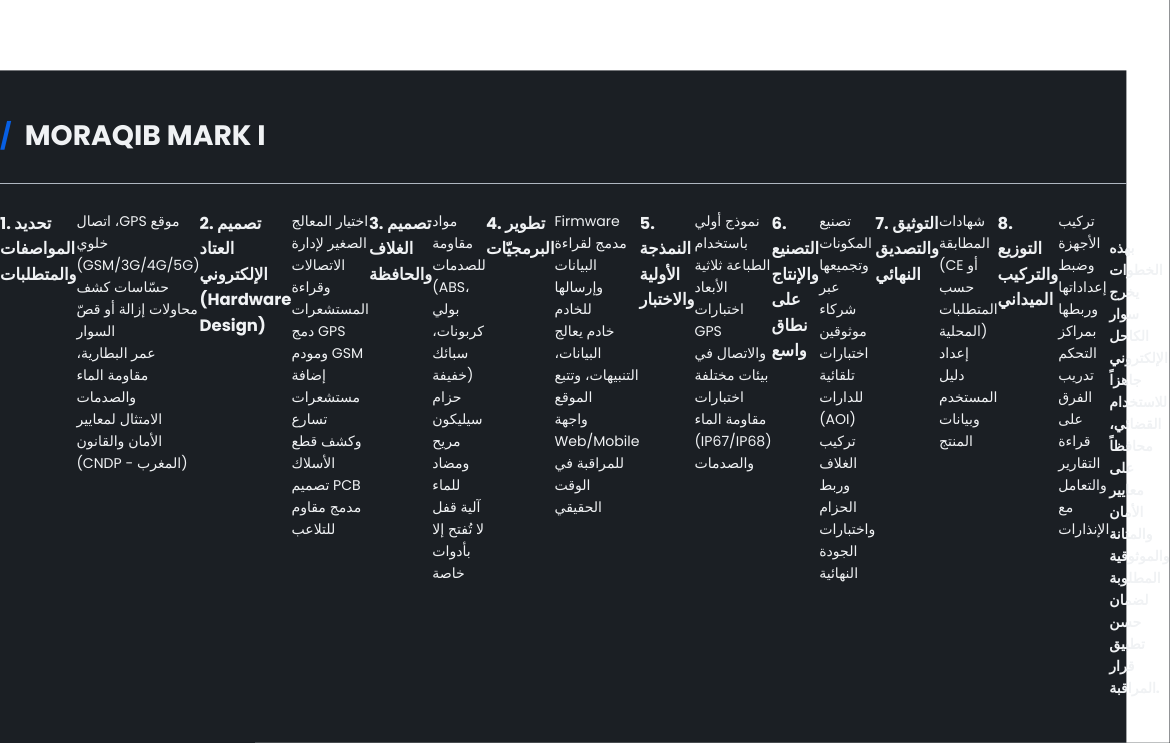
Repository: ayoubgharts/nextjs_protfolio
Page: /tutorials
An editor plug-in stored every save of this project. The page is shown before and after a run of saves, followed by the edit.
The browser window is 1280 px wide. The page is 1329 px wide, then 1280 px, so the pictures cover 1329 px, including what lies to the right of the window. The pictures show the whole page, at 88% of full size.
The project was rebuilt for these pictures with package versions that can differ from the ones it lists, and the page was loaded fresh each time. The framework's server and built-in components were replaced by stand-ins that run in the browser. Also part of the build but not shown: next.config.mjs.

Above is the page before, as saved 2025-06-01 00:27:09.

### src/app/tutorials/page.jsx
// pages/tutorials.js
import Link from "next/link";
import styles from "./tutorials.module.css";

import { Container } from "react-bootstrap";

import SectionTitle from "@/components/buttons/section-title/SectionTitle";

export default function Tutorials() {
  return (
    <main className={styles.tutorials}>
      <Container>
        <SectionTitle textContent={"MORAQIB mark I"} />
        <div className={styles.project}>
          <h3>1. تحديد المواصفات والمتطلبات</h3>
          <ul>
            <li className={styles.project_li}>موقع GPS، اتصال خلوي (GSM/3G/4G/5G)</li>
            <li>حسّاسات كشف محاولات إزالة أو قصّ السوار</li>
            <li>عمر البطارية، مقاومة الماء والصدمات</li>
            <li>الامتثال لمعايير الأمان والقانون (CNDP - المغرب)</li>
          </ul>

          <h3>2. تصميم العتاد الإلكتروني (Hardware Design)</h3>
          <ul>
            <li>اختيار المعالج الصغير لإدارة الاتصالات وقراءة المستشعرات</li>
            <li>دمج GPS ومودم GSM</li>
            <li>إضافة مستشعرات تسارع وكشف قطع الأسلاك</li>
            <li>تصميم PCB مدمج مقاوم للتلاعب</li>
          </ul>

          <h3>3. تصميم الغلاف والحافظة</h3>
          <ul>
            <li>مواد مقاومة للصدمات (ABS، بولي كربونات، سبائك خفيفة)</li>
            <li>حزام سيليكون مريح ومضاد للماء</li>
            <li>آلية قفل لا تُفتح إلا بأدوات خاصة</li>
          </ul>

          <h3>4. تطوير البرمجيّات</h3>
          <ul>
            <li>Firmware مدمج لقراءة البيانات وإرسالها للخادم</li>
            <li>خادم يعالج البيانات، التنبيهات، وتتبع الموقع</li>
            <li>واجهة Web/Mobile للمراقبة في الوقت الحقيقي</li>
          </ul>

          <h3>5. النمذجة الأولية والاختبار</h3>
          <ul>
            <li>نموذج أولي باستخدام الطباعة ثلاثية الأبعاد</li>
            <li>اختبارات GPS والاتصال في بيئات مختلفة</li>
            <li>اختبارات مقاومة الماء (IP67/IP68) والصدمات</li>
          </ul>

          <h3>6. التصنيع والإنتاج على نطاق واسع</h3>
          <ul>
            <li>تصنيع المكونات وتجميعها عبر شركاء موثوقين</li>
            <li>اختبارات تلقائية للدارات (AOI)</li>
            <li>تركيب الغلاف وربط الحزام واختبارات الجودة النهائية</li>
          </ul>

          <h3>7. التوثيق والتصديق النهائي</h3>
          <ul>
            <li>شهادات المطابقة (CE أو حسب المتطلبات المحلية)</li>
            <li>إعداد دليل المستخدم وبيانات المنتج</li>
          </ul>

          <h3>8. التوزيع والتركيب الميداني</h3>
          <ul>
            <li>تركيب الأجهزة وضبط إعداداتها وربطها بمراكز التحكم</li>
            <li>تدريب الفرق على قراءة التقارير والتعامل مع الإنذارات</li>
          </ul>

          <p style={{ marginTop: "30px" }}>
            <strong>
              بهذه الخطوات يخرج سوار الكاحل الإلكتروني جاهزاً للاستخدام القضائي، محافظاً على
              معايير الأمان والمتانة والموثوقية المطلوبة لضمان حسن تطبيق قرار المراقبة.
            </strong>
          </p>
        </div>
      </Container>
    </main>
  );
}

### src/app/globals.css

/*? import google font 'Poppins' */
@import url('https://fonts.googleapis.com/css2?family=Poppins:wght@100;200;300;400;500;600;700&family=Raleway:ital,wght@0,100..900;1,100..900&display=swap');

/*? all variables */
:root {
  /*. Web colors vars */
  --dark:      #1b1f24;
  --dark-fixed:      #1b1f24;
  --dark-300:  #23282f;
  --dark-400:  #2b323b;
  --dark-300-opacity:  #23282fab;
  --dark-400-opacity:  #2b323bb0;
  --dark-300-fixed:#282c31;
  --dark-500:  #333c47;
  --dark-600:  #4d5a6a;
  --dark-700:  #778392;
  --dark-800:  #9da6b3;

  --light:     #f0f2f4;
  --light-fixed:     #f0f2f4;
  --light-300: #454649;
  --light-400: #c3cad5;
  --light-500: #8895aa;

  --primary:   #075fe4;
  --primary-dark:   #12499c;
  --primary-light:   #6b93cf;
  --success:   #11845b;
  --danger:    #c6303e;
  --danger-dark:    #992934;
  --warning:   #fd7e14;

  --purple:    #4c0bce;
  --purple-dark:    #330f7c;
  --violet:    #712cf9;
  --pink:    #f92c8c;
  --yellow:    #ffc107;
  --green:     #198754;
  --teal:      #20c997;
  --cyan:      #0dcaf0;

  /*. Mobile Var Colors */
  --mobile-dark:      #1b1f24;
  --mobile-light:     #f0f2f4;
  --mobile-dark-300:  #23282f;
  --mobile-dark-500:  #333c47;
  --mobile-dark-700:  #778392;



  /*. transitions vars */
  --trans-03: all ease .3s;
  --trans-05: all ease .5s;

  /*. border radius vars */
  --br-8: 8px;
  --br-50: 50px;

  /*. padding global default */
  --container-120: 0 120px;
  --container-60: 0 60px;
  --container-20: 0 20px;

  /*. buttons vars */
  --btn-padding: 10px 25px;
  --btn-font-size: 1.2rem;
  --btn-font-media: 0.9rem;
  --light-btn:#f0f2f4;

}


/* Light mode overrides */
.light-mode {

  /*. web switch colors */
  --dark:       #e0e3e6;
  --dark-300:  #cdd6e2;
  --dark-400:  #c7cfd8;
  --dark-300-opacity:  #b6bfccab;
  --dark-400-opacity:  #b5bfccb0;
  --dark-500:   #c2c8d3;
  --dark-600:  #4d5a6a;
  --dark-700:  #eff3f7;
  --dark-800:  #757c85;

  --light:     #1b1f24;
  --light-300: #dde1e9;
  --light-400: #c3cad5;
  --light-500: #8895aa;

  /*. mobile switch colors */
  --mobile-dark:      #f0f2f4;
  --mobile-light:     #1b1f24;
  --mobile-dark-500:  #b5bcc4;
  --mobile-dark-700:  #778392;
  --mobile-dark-300:  #e4e7ec;
}


/*? Global Styles */
*{
  font-family: "Poppins", sans-serif;
  box-sizing: border-box;
  padding: 0;
  margin: 0;
}

body {
  font-family: "Poppins", sans-serif;
  box-sizing: border-box;
  padding: 0;
  margin: 0;
}

/*? Normalise */
a, Link{
  color: var(--cyan);
  text-decoration: none !important;
}
ul{
  list-style: none;
  margin: 0;
  padding: 0;
}
ul li{
  margin: 0;
  padding: 0;
}
h1, h2, h3, h4, h5{
  margin: 0;
  padding: 0;
}

i{
  margin: 0;
  padding: 0;
}

.container{
  transition: var(--trans-03);
}

### src/app/tutorials/tutorials.module.css

.tutorials{
    margin-top: 80px;
    background: var(--dark);
    padding: 50px 0;
    transition: var(--trans-03);
    text-align: start;
    color: var(--light);
}

.button{
    outline: none;
    border: none;
    background: var(--primary);
    color: var(--light-fixed);
    width: 100%;
    padding: 15px 25px;
    border-radius: 10px;
    margin-top: 30px;
    transition: var(--trans-03);
}

.button:hover{
    background: var(--primary-dark);
}

.project{
    display: flex;
    f
}
.project_li{
    direction: rtl;
}

### src/components/buttons/section-title/SectionTitle.jsx
import styles from './title.module.css';

export default function SectionTitle({textContent}){
    return(
        <h2 className={styles.h2}>
            {textContent}
        </h2>
    )
}

### src/components/buttons/section-title/title.module.css
.h2{
    font-size: 2rem;
    font-weight: 700;
    text-transform: uppercase;
    color: var(--light);
    width: 100%;
    border-bottom: solid 1.2px var(--light-400);
    margin-bottom: 30px;
    padding-bottom: 30px;
}

.h2::before{
    content: '/';
    color: var(--primary);
    margin-right: 15px;
    font-size: 1.8rem;
}

Loaded but not shown: src/app/layout.js (common file)

After the next 7 saves:
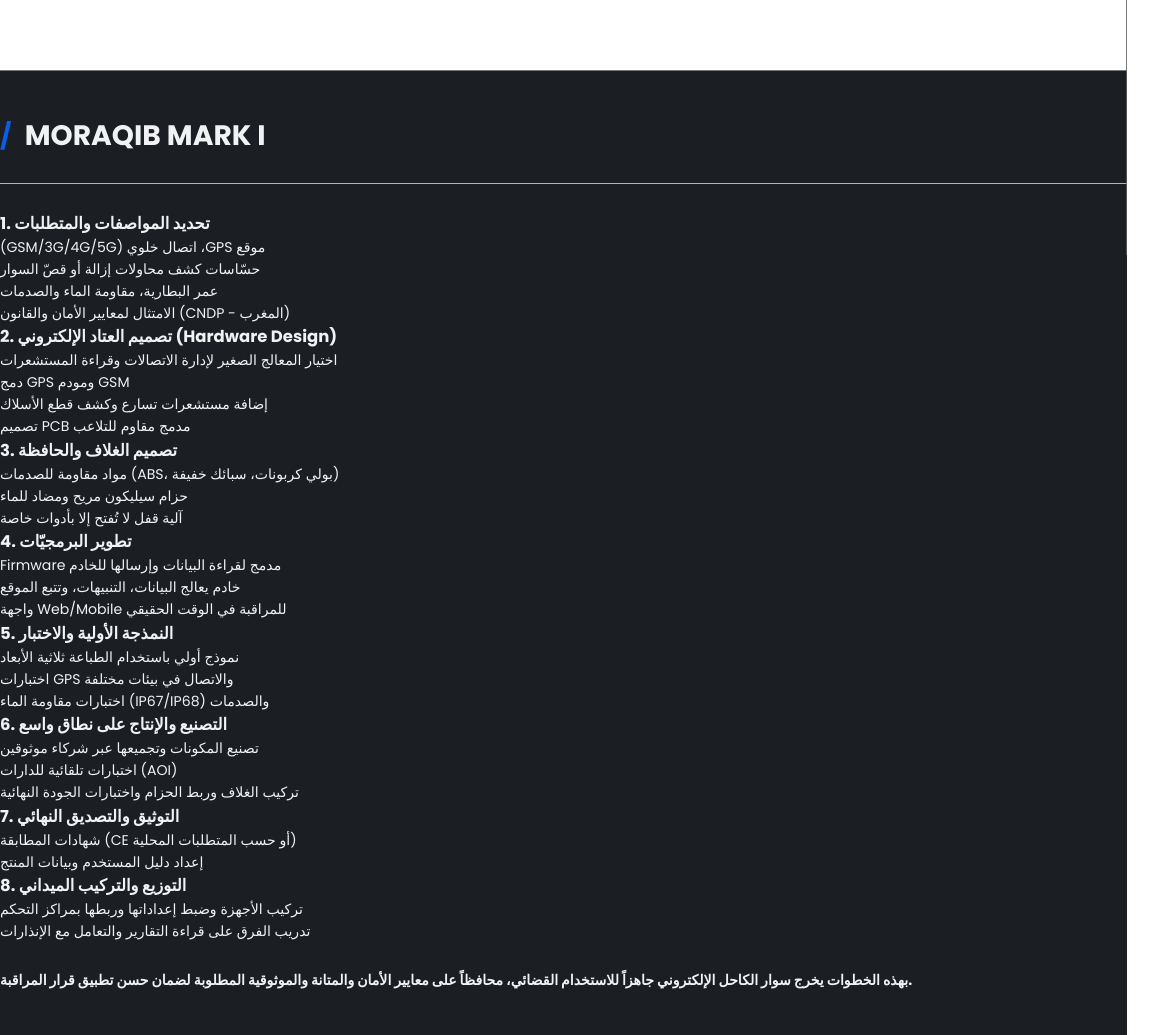
The 7 saves are shown as one change because they came seconds apart.
The last was saved 18 s later.
--- a/src/app/tutorials/tutorials.module.css
+++ b/src/app/tutorials/tutorials.module.css
@@ -26,7 +26,8 @@
 
 .project{
     display: flex;
-    f
+    flex-direction: column;
+    align-items: s;
 }
 .project_li{
     direction: rtl;
